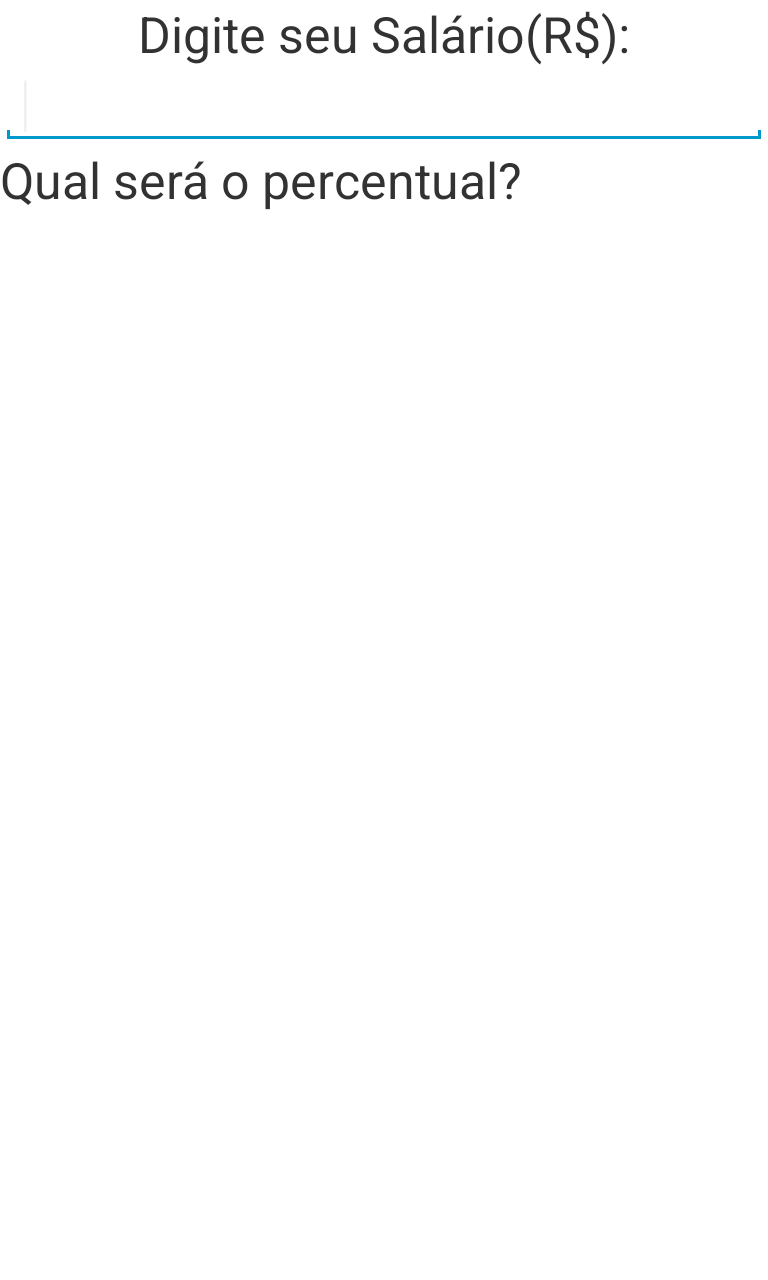
Repository: Rennanxp2/Android_Exercices_done
Layout: Exercícios Android 2/Ex3/res/layout/activity_salario.xml
An editor plug-in stored every save of this project. The layout is shown before and after the next save, followed by the edit.
It is drawn on a 768 x 1280 px phone screen (xhdpi) without system bars, with theme AppTheme; the app's code is not run.

Above is the layout before, as saved 2017-09-26 04:18:15.

### Exercícios Android 2/Ex3/res/layout/activity_salario.xml
<LinearLayout xmlns:android="http://schemas.android.com/apk/res/android"
    xmlns:tools="http://schemas.android.com/tools"
    android:id="@+id/LinearLayout1"
    android:layout_width="match_parent"
    android:layout_height="match_parent"
    android:orientation="vertical"
    tools:context="${relativePackage}.${activityClass}" >

    <LinearLayout
        android:layout_width="match_parent"
        android:gravity="center"
        android:layout_height="wrap_content" >

        <TextView
            android:id="@+id/textView1"
            android:layout_width="wrap_content"
            android:layout_height="wrap_content"
            android:layout_gravity="center"
            android:textSize="25dp"
            android:text="Digite seu Salário(R$):" />

    </LinearLayout>

    <LinearLayout
        android:layout_width="match_parent"
        android:gravity="center"
        android:layout_height="wrap_content" >

        <EditText
            android:id="@+id/editText1"
            android:layout_width="wrap_content"
            android:layout_height="wrap_content"
            android:layout_weight="1"
            android:ems="10" >

            <requestFocus />
        </EditText>

    </LinearLayout>

    <LinearLayout
        android:layout_width="match_parent"
        android:layout_height="wrap_content" >

        <TextView
            android:id="@+id/textView2"
            android:layout_width="wrap_content"
            android:layout_height="wrap_content"
            android:layout_gravity="center"
            android:textSize="25dp"
            android:text="Qual será o percentual?" />

    </LinearLayout>

</LinearLayout>

Loaded but not shown: Exercícios Android 2/Ex3/res/values/styles.xml (common file); Exercícios Android 2/Ex3/res/values-v11/styles.xml (common file); Exercícios Android 2/Ex3/res/values-v14/styles.xml (common file)

After the next save:
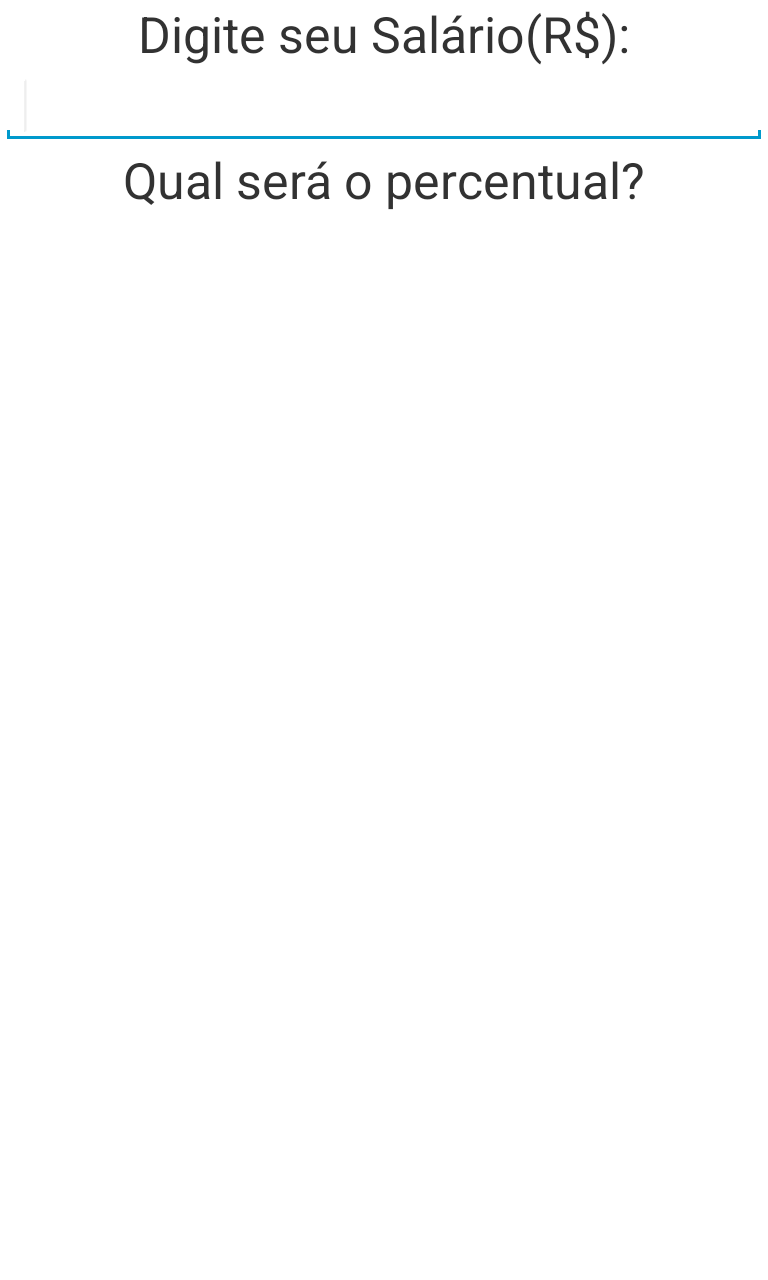
Saved 44 s later.
--- a/Exercícios Android 2/Ex3/res/layout/activity_salario.xml
+++ b/Exercícios Android 2/Ex3/res/layout/activity_salario.xml
@@ -40,6 +40,7 @@
 
     <LinearLayout
         android:layout_width="match_parent"
+        android:gravity="center"
         android:layout_height="wrap_content" >
 
         <TextView
